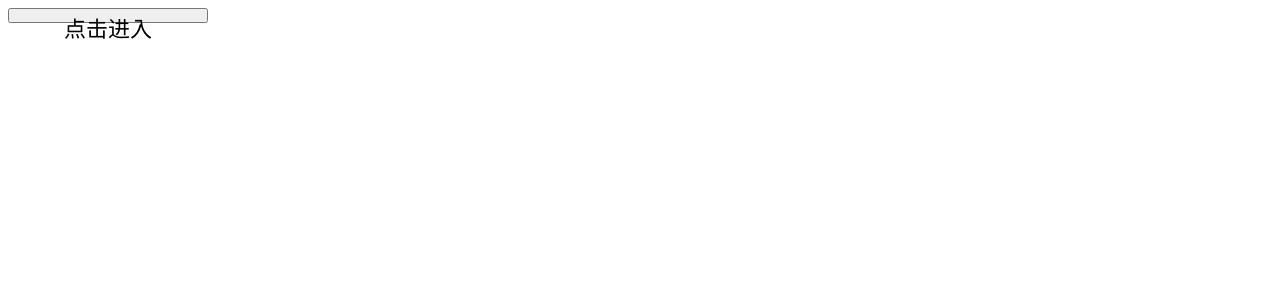
Repository: chen17694/footballAi
Page: 1.html
The author's editor kept a copy of each file at every save. The page is drawn from the files as they stood at one save, then again after the next save.
The browser window is 1280 px wide. The pictures show the whole page.

Above is the page before, as saved 2026-11-17 12:55:18.

After the next save:
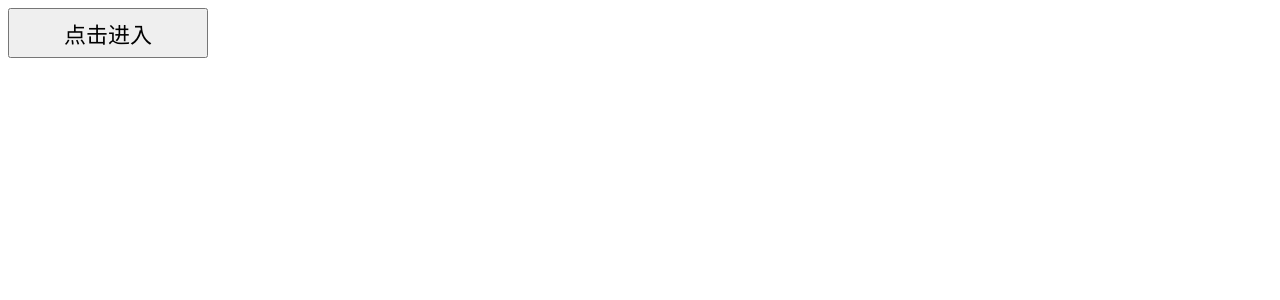
Saved 8 s later.
--- a/1.html
+++ b/1.html
@@ -32,6 +32,6 @@
     </script>
 </head>
 <body>
-<button onclick="main()" style="width: 200px; height: 15px; font-size: 22px;">点击进入</button>
+<button onclick="main()" style="width: 200px; height: 50px; font-size: 22px;">点击进入</button>
 </body>
 </html>
